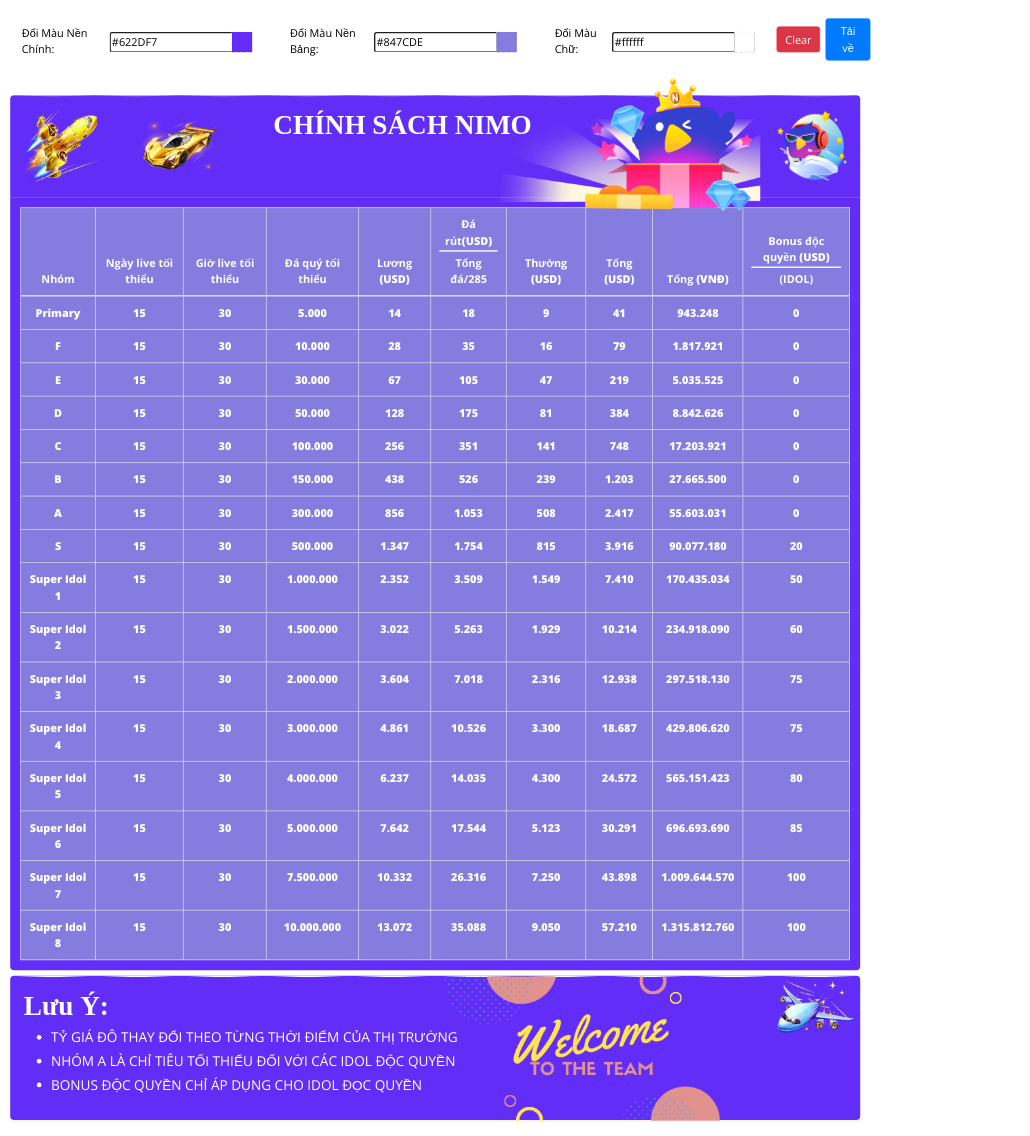
Repository: dav1601/nimo-work
Page: http://localhost/
An editor plug-in stored every save of this project. The page is shown before and after the next save, followed by the edit.
The browser window is 1280 px wide. The page is 1515 px wide, so the pictures cover 1515 px, including what lies to the right of the window. The pictures show the whole page, at 68% of full size.
The page is run by PHP 8.4 with error messages shown; the project is at /var/www/html/.

Above is the page before, as saved 2022-04-15 15:39:08.

After the next save:
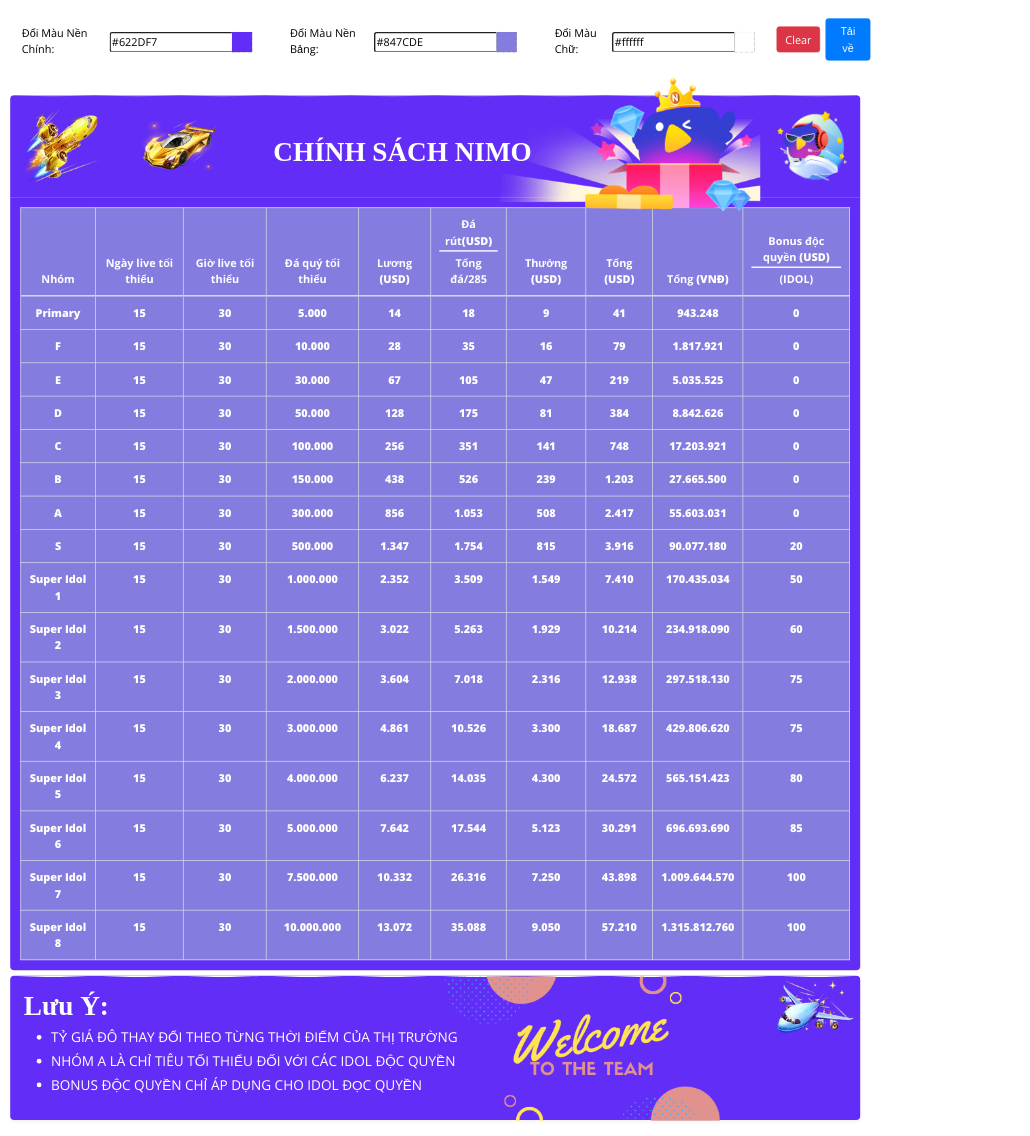
Saved 18 s later.
--- a/index.php
+++ b/index.php
@@ -213,7 +213,7 @@
         }
 
         .main-header {
-            margin-top: 2.5rem rem !important;
+            margin-top: 2.5rem  !important;
         }
 
         @media only screen and (max-width: 1366px) {
